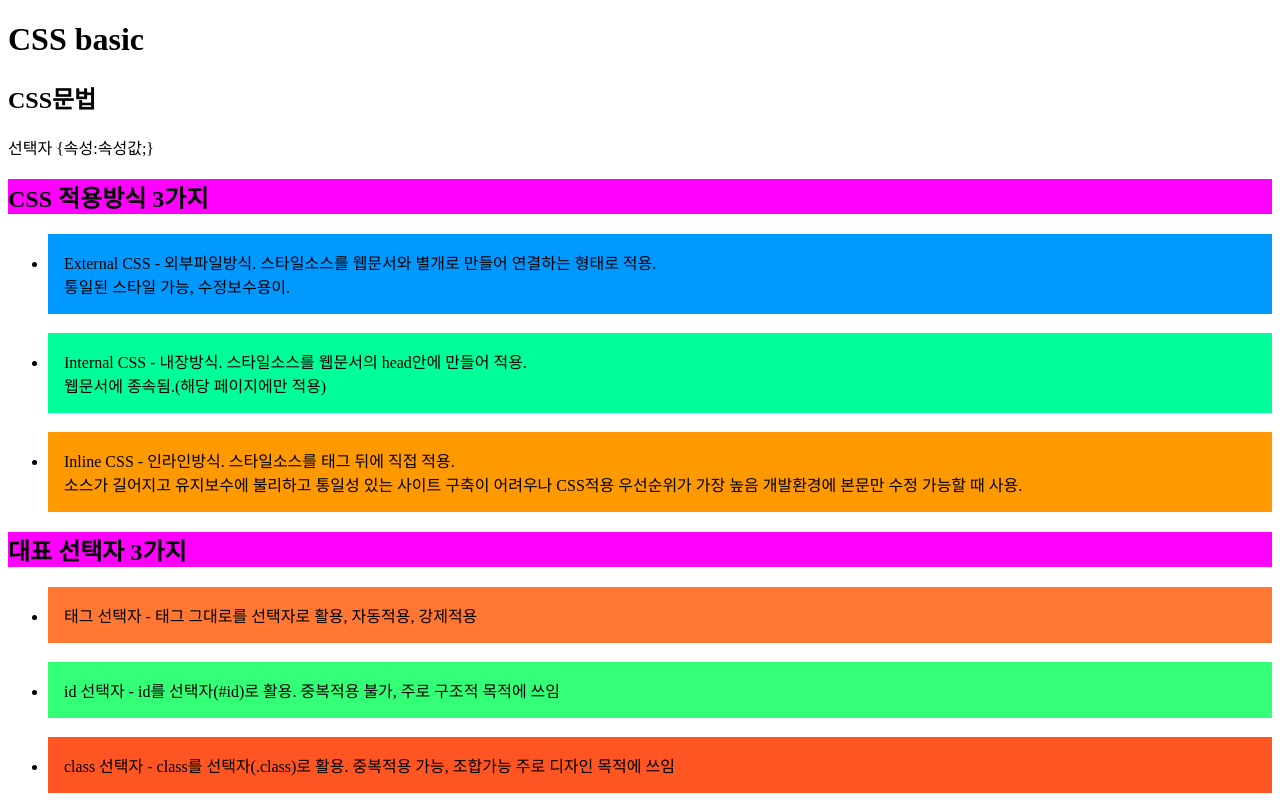
Repository: Git-Seokcoding/WEB
Page: CSS3/src/main/webapp/basic.html
An editor plug-in stored every save of this project. The page is shown before and after the next save, followed by the edit.
The browser window is 1280 px wide. The pictures show the whole page.

Above is the page before, as saved 2023-10-12 08:25:13.

### CSS3/src/main/webapp/basic.html
<!DOCTYPE html>
<html>
<head>
<meta charset="UTF-8">
<title>CSS basic</title>
	<link href="basic.css" rel="stylesheet">
	<!--external css방식-->

	<style type="text/css">
	/*internal css방식 */
		li {margin-bottom: 1.2em;
			/*줄간격조절*/
 			padding: 1em;
			/*줄크기조절*/
		}
		#in {background-color:#0f9;}
		.hn-2 {background-color: #f0f;}
	</style>
</head>
<body>
	<h1>CSS basic</h1>
	<h2>CSS문법</h2>
	<p>선택자 {속성:속성값;}</p>

	<h2 class="hn-2">CSS 적용방식 3가지</h2>
	<ul>
		<li id="ex">External CSS
		- 외부파일방식. 스타일소스를 웹문서와 별개로 만들어 연결하는 형태로 적용. <br>
		  통일된 스타일 가능, 수정보수용이.</li>
		<li id="in">Internal CSS
		- 내장방식. 스타일소스를 웹문서의 head안에 만들어 적용.<br>
		  웹문서에 종속됨.(해당 페이지에만 적용)</li>
		<li style="background-color: #f90;">Inline CSS
		<!--Inline css방식 -->
		- 인라인방식. 스타일소스를 태그 뒤에 직접 적용. <br>
		  소스가 길어지고 유지보수에 불리하고 통일성 있는 사이트 구축이 어려우나 CSS적용 우선순위가 가장 높음
		  개발환경에 본문만 수정 가능할 때 사용.</li>
	</ul>

	<h2 class="hn-2">대표 선택자 3가지</h2>
	<ul>
	<li id="s-t">태그 선택자  - 태그 그대로를 선택자로 활용, 자동적용, 강제적용</li>
	<li id="s-i">id 선택자 - id를 선택자(#id)로 활용. 중복적용 불가, 주로 구조적 목적에 쓰임</li>
	<li id="s-c">class 선택자 - class를 선택자(.class)로 활용. 중복적용 가능, 조합가능 주로 디자인 목적에 쓰임</li>
	</ul>
</body>
</html>

### CSS3/src/main/webapp/basic.css
@charset "UTF-8";
#ex {background-color: #09f;}
#s-t {background-color: #f73;}
#s-i {background-color: #3f7;}
#s-c {background-color: #f52;}
.hn-2 {background-color: #f0f;}

After the next save:
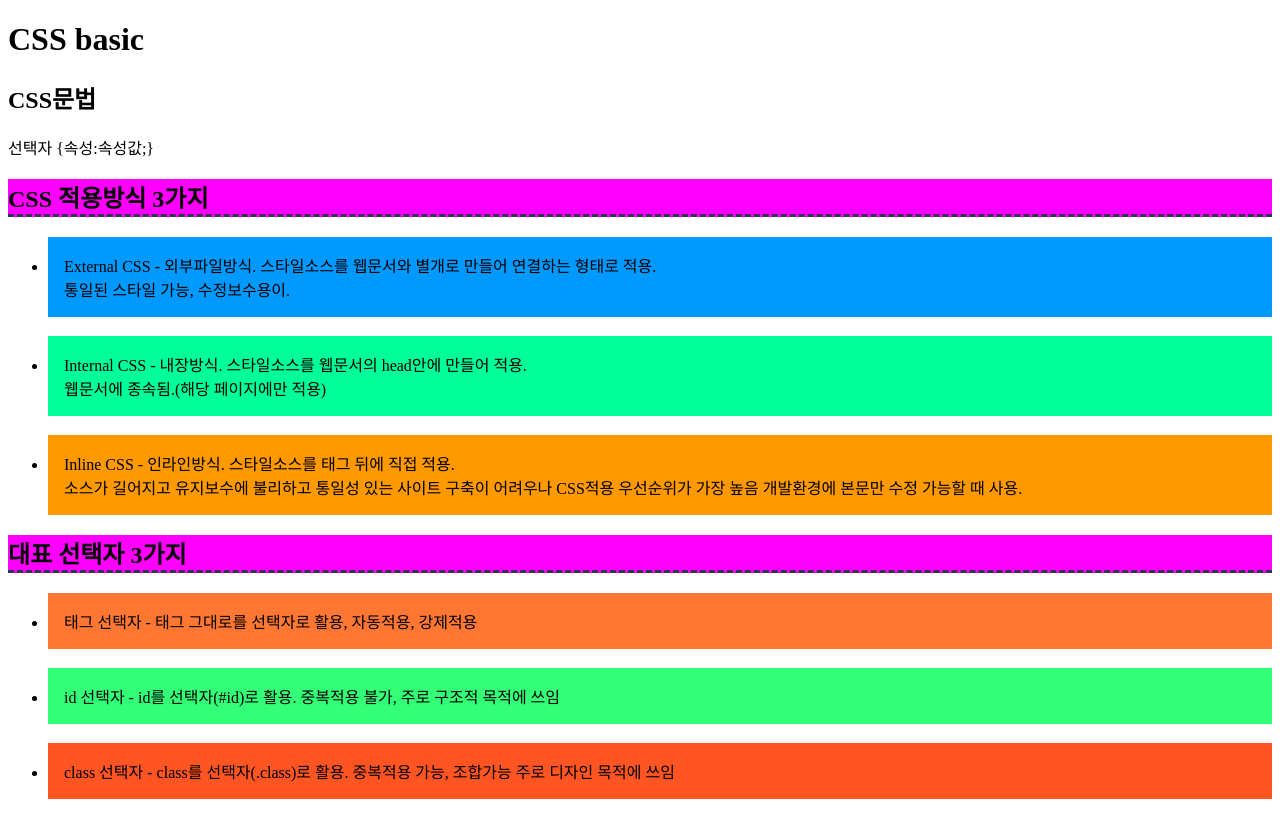
Saved 70 s later.
--- a/CSS3/src/main/webapp/basic.html
+++ b/CSS3/src/main/webapp/basic.html
@@ -14,7 +14,7 @@
 			/*줄크기조절*/
 		}
 		#in {background-color:#0f9;}
-		.hn-2 {background-color: #f0f;}
+		.hn-2 {border-bottom: 3px dashed #335;}
 	</style>
 </head>
 <body>
